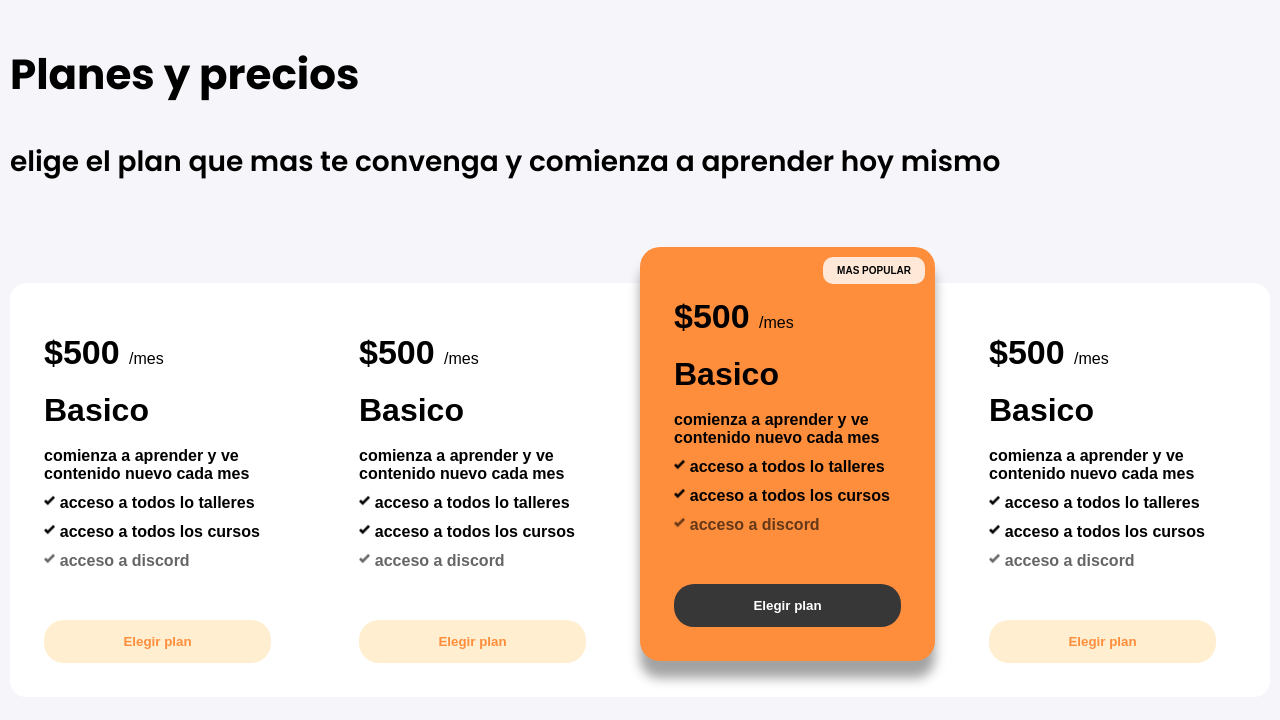
Repository: darkmantiz2/Tarjetas-planes
Page: index.html
An editor plug-in stored every save of this project. The page is shown before and after the next save, followed by the edit.
The browser window is 1280 px wide. The pictures show the whole page.

Above is the page before, as saved 2022-01-11 15:24:43.

After the next save:
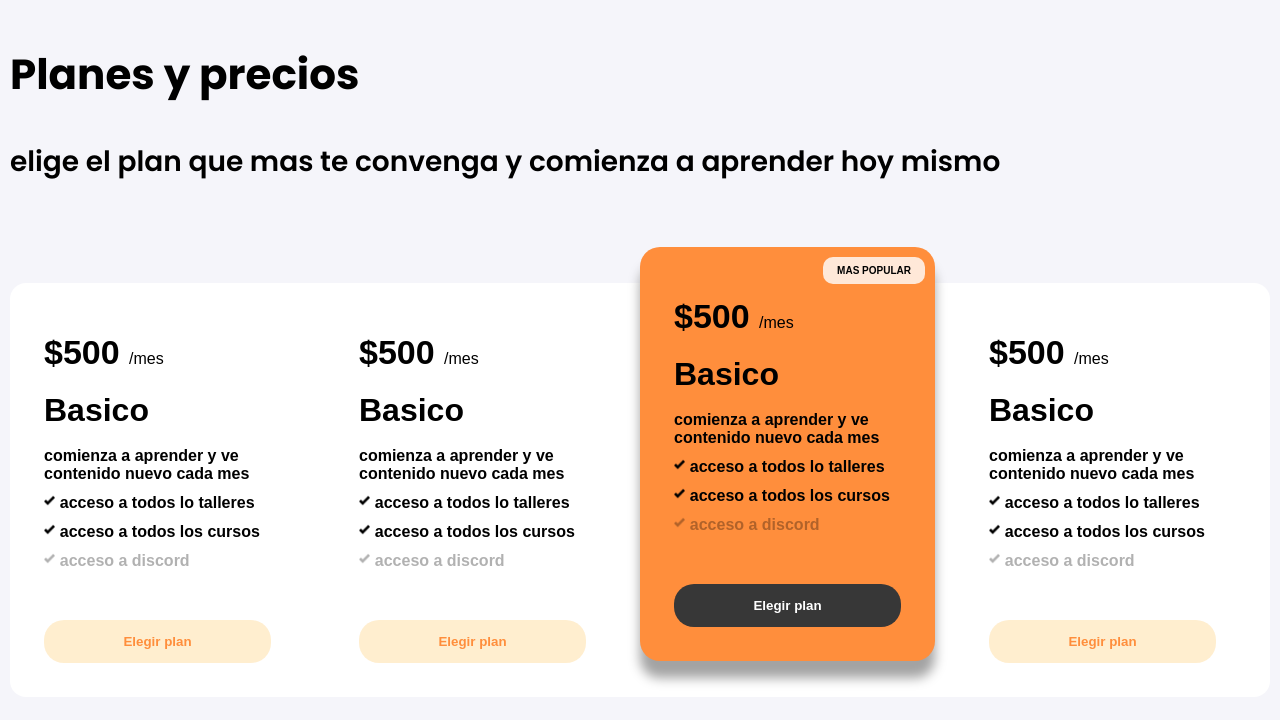
Saved 7 s later.
--- a/css/index.css
+++ b/css/index.css
@@ -119,7 +119,7 @@ body {
 .card-item3 {
   margin: 0;
   padding-bottom: 50px;
-  opacity: 0.6;
+  opacity: 0.3;
 }
 
 .card-button {
